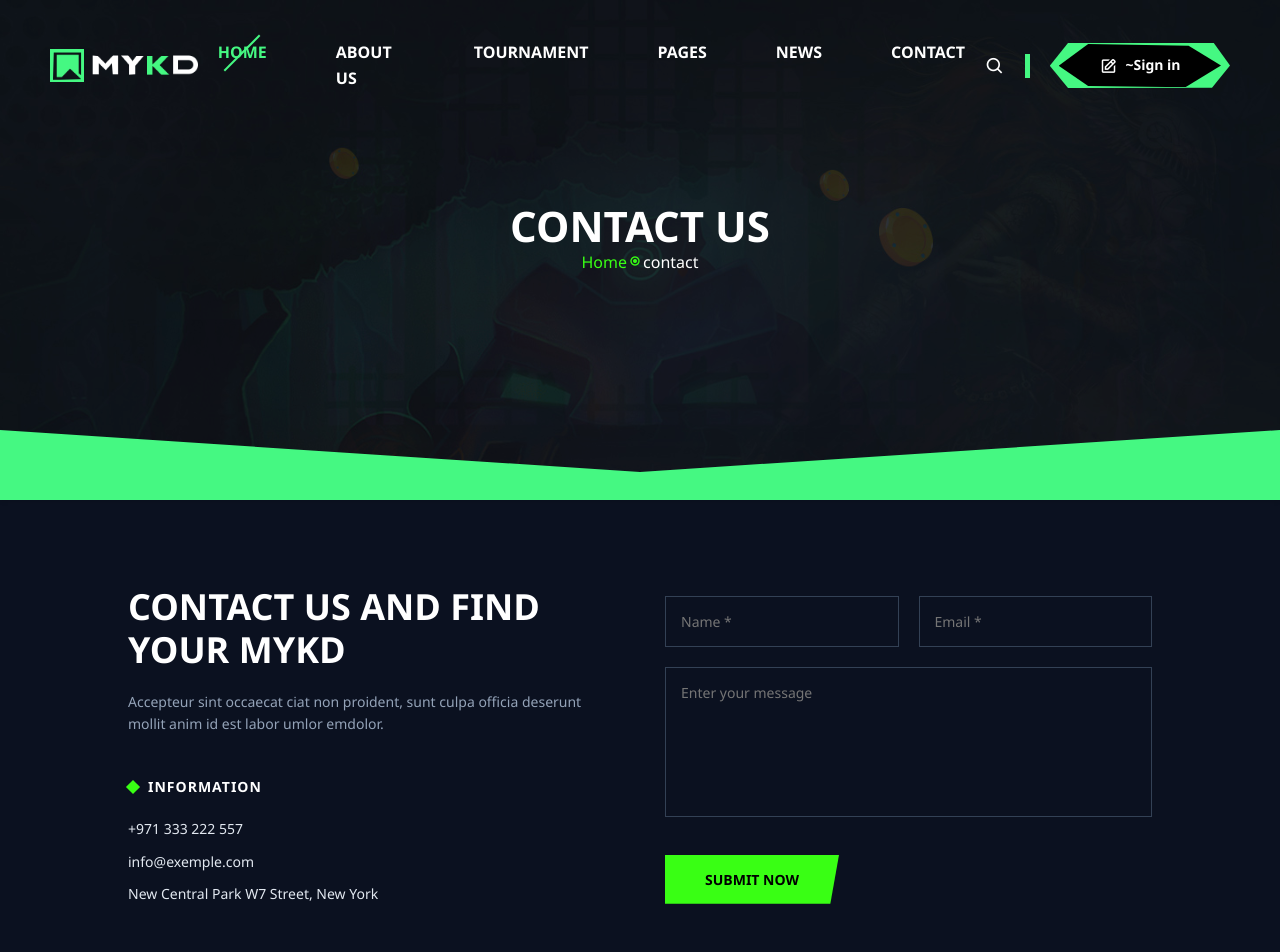
Repository: elfahl52/-MYKD-eSport-and-Gaming
Page: contact.html
An editor plug-in stored every save of this project. The page is shown before and after a run of saves, followed by the edit.
The browser window is 1280 px wide. The pictures show the part of the page from y = 0 to 952 px (the page is 1861 px tall).
Some web fonts or font styles are not loaded; a fallback is used.

Above is the page before, as saved 2026-06-11 12:34:55.

After the next 2 saves:
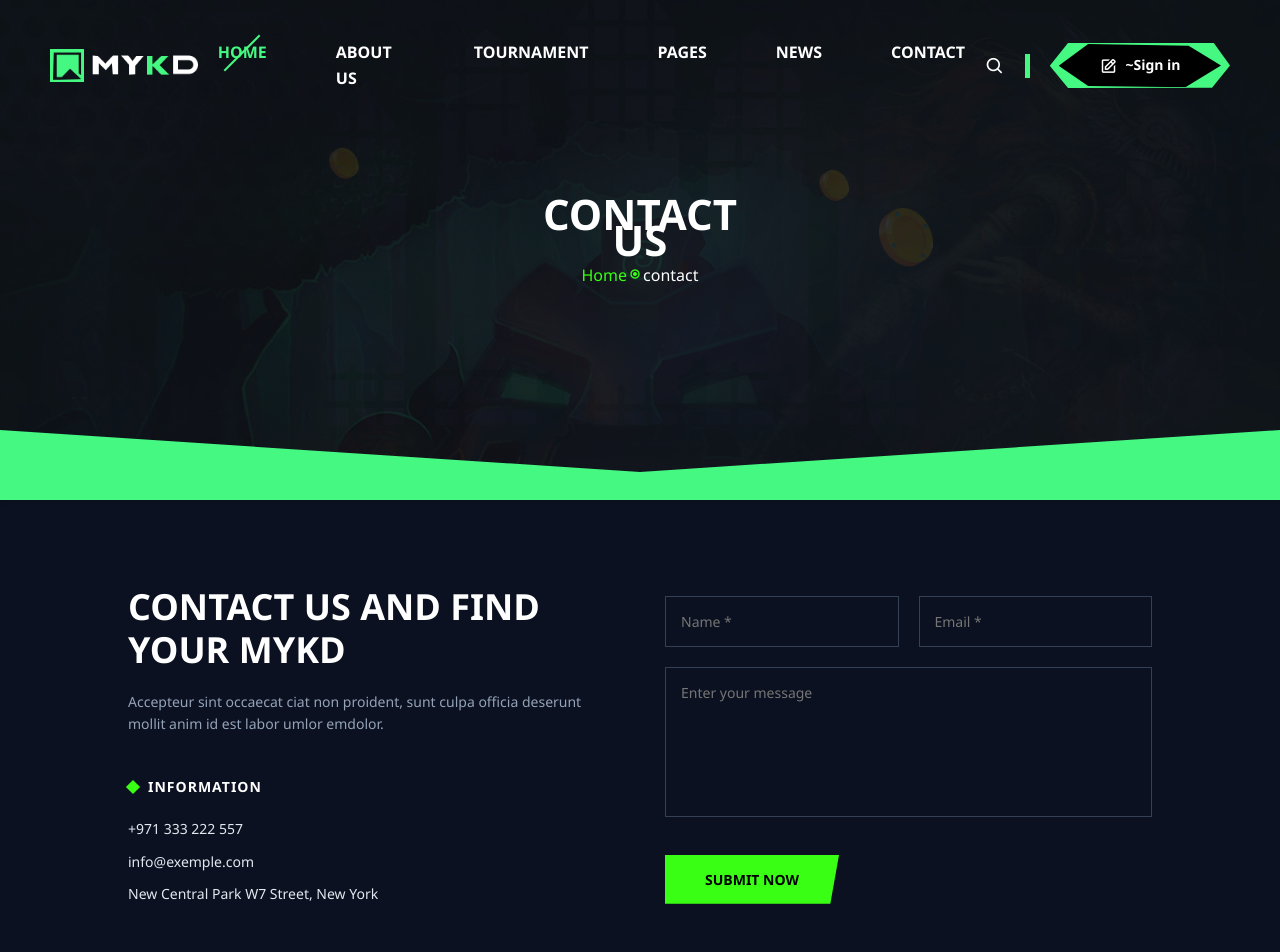
The 2 saves are shown as one change because they came seconds apart.
The last was saved 28 s later.
--- a/contact.html
+++ b/contact.html
@@ -193,7 +193,7 @@
 
            <!-- content -->
           <div class="content">
-                <b>Contact us</b>
+                <b>Contact<br> us</b>
                 <p><span>Home<i class="bx bx-radio-circle-marked" ></i></span>contact</p>
           </div>
         <!-- Mobile Menu Overlay -->
